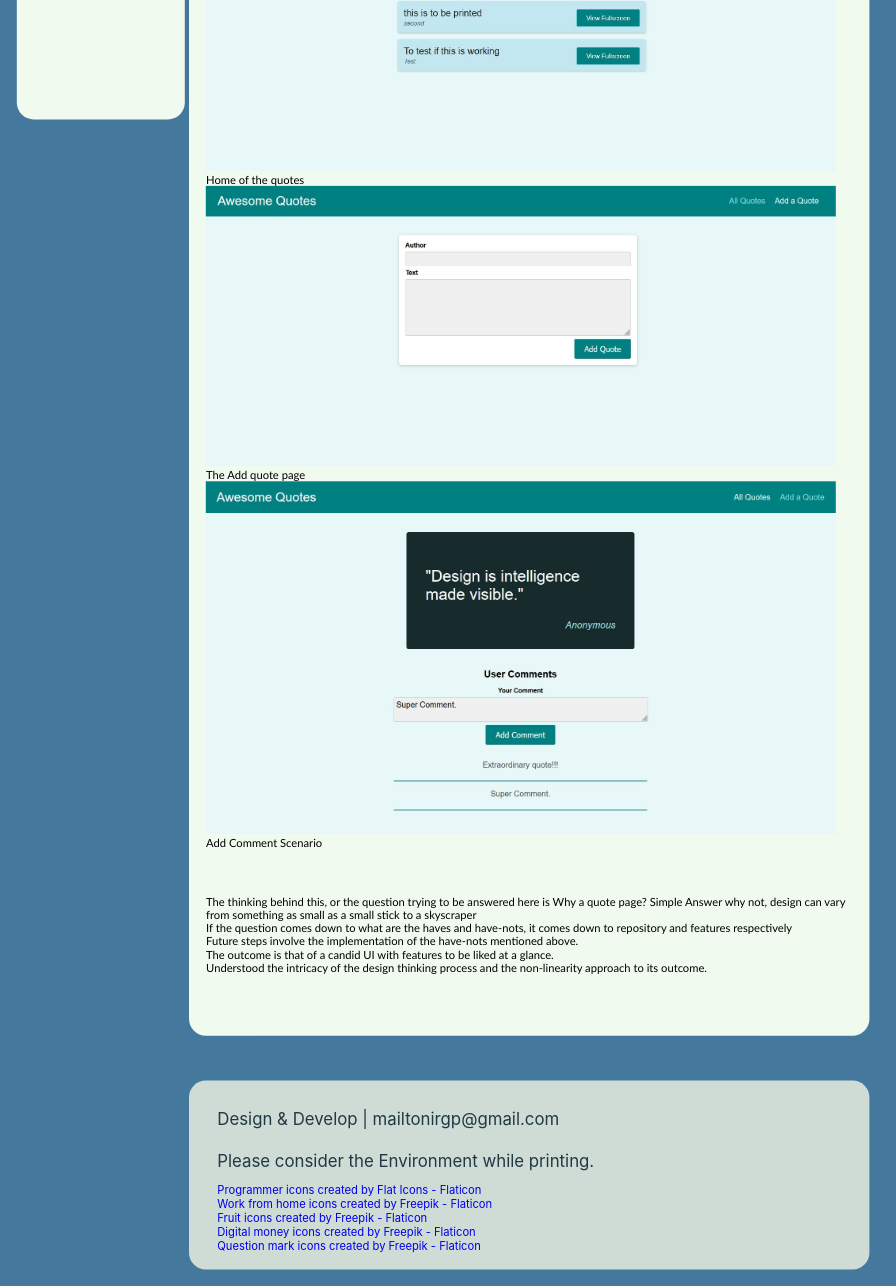
Repository: niranjangp/portfolioReact
Page: /cs-four
An editor plug-in stored every save of this project. The page is shown before and after the next save, followed by the edit.
The browser window is 1280 px wide. The pictures show the part of the page from y = 602 to 2522 px (the page is 2439 px tall before and 2651 px after), at 70% of full size.
The project was rebuilt for these pictures with package versions that can differ from the ones it lists, and the page was loaded fresh each time. Also part of the build but not shown: src/pages/enterDesign.jsx, src/pages/csOne.jsx, src/pages/csTwo.jsx, src/pages/csThree.jsx, src/pages/notFound.jsx.

Above is the page before, as saved 2022-02-02 01:35:49.

### public/index.html
<!DOCTYPE html>
<html lang="en">
  <head>
    <meta charset="utf-8" />
    <!--<link rel="icon" href="%PUBLIC_URL%/favicon.ico" />-->
    <meta name="viewport" content="width=device-width, initial-scale=1" />
    <meta name="theme-color" content="#000000" />
    <meta
      name="description"
      content="Web site created using create-react-app"
    />
    <!--<link rel="apple-touch-icon" href="%PUBLIC_URL%/logo192.png" />-->
    <!--
      manifest.json provides metadata used when your web app is installed on a
      user's mobile device or desktop. See https://developers.google.com/web/fundamentals/web-app-manifest/
    -->
    <link rel="manifest" href="%PUBLIC_URL%/manifest.json" />
    <!--
      Notice the use of %PUBLIC_URL% in the tags above.
      It will be replaced with the URL of the `public` folder during the build.
      Only files inside the `public` folder can be referenced from the HTML.

      Unlike "/favicon.ico" or "favicon.ico", "%PUBLIC_URL%/favicon.ico" will
      work correctly both with client-side routing and a non-root public URL.
      Learn how to configure a non-root public URL by running `npm run build`.
    -->
    <title>Portfolio</title>
  </head>
  <body>
    <noscript>You need to enable JavaScript to run this app.</noscript>
    <div id="root"></div>
    <!--
      This HTML file is a template.
      If you open it directly in the browser, you will see an empty page.

      You can add webfonts, meta tags, or analytics to this file.
      The build step will place the bundled scripts into the <body> tag.

      To begin the development, run `npm start` or `yarn start`.
      To create a production bundle, use `npm run build` or `yarn build`.
    -->
  </body>
</html>

### src/index.css
body {
  margin: 0;
  font-family: -apple-system, BlinkMacSystemFont, 'Segoe UI', 'Roboto', 'Oxygen',
    'Ubuntu', 'Cantarell', 'Fira Sans', 'Droid Sans', 'Helvetica Neue',
    sans-serif;
  -webkit-font-smoothing: antialiased;
  -moz-osx-font-smoothing: grayscale;
  box-sizing: border-box;
}

code {
  font-family: source-code-pro, Menlo, Monaco, Consolas, 'Courier New',
    monospace;
}

p {
  margin: 0;
}

### src/App.js
import './App.css';

import { Route, NavLink, Switch, Redirect } from 'react-router-dom';
import EnterTheDesign from './pages/enterDesign';
import CSOne from './pages/csOne';
import CSTwo from './pages/csTwo';
import CSThree from './pages/csThree';
import CSFour from './pages/csFour';
import NotFound from './pages/notFound';

function App() {
  const flatIconLink = "https://www.flaticon.com/free-icons/programmer";
  const wfhIconLink = "https://www.flaticon.com/free-icons/work-from-home";


  return (
    <div className='App'>
      <div className="containerOne">
        <nav className='navigation'>
          <div className='navDiv'>
            <NavLink activeClassName="nav-link active" className="nav-link" to="/enter-the-design">Take me Home!</NavLink>
          </div>
          <div className='navDiv'>
            <NavLink activeClassName="nav-link active" className="nav-link" to="/cs-one">Case Study Numero Uno</NavLink>
          </div>
          <div className='navDiv'>
            <NavLink activeClassName="nav-link active" className="nav-link" to="/cs-two">Case t'w'o Study</NavLink>
          </div>
          <div className='navDiv'>
            <NavLink activeClassName="nav-link active" className="nav-link" to="/cs-three">Case Study the 3rd</NavLink>
          </div>
          <div className='navDiv'>
            <NavLink activeClassName="nav-link active" className="nav-link" to="/cs-four">Case Study IV</NavLink>
          </div>
        </nav>
        <main className='mainOne'>
          <Switch>
            <Route exact path="/" ><Redirect to="/enter-the-design" /></Route>
            <Route path="/enter-the-design" ><EnterTheDesign /></Route>
            <Route exact path="/cs-one" ><CSOne /></Route>
            <Route exact path="/cs-two" ><CSTwo /></Route>
            <Route exact path="/cs-three"><CSThree /></Route>
            <Route exact path="/cs-four"><CSFour /></Route>

            <Route path="*"><NotFound /></Route>
          </Switch>
          {/*<div className='firstRow'>
            <div className="width-60">
              <p className='fr-info'>NIRANJAN G P, IS A UI DEVELOPER AT DELOITTE USI</p>
            </div>
            <div className="width-40 img-block">
              <img src={avatarIcon} alt="avatar-icon" className='avtr-img' />
            </div>
          </div>
          <div className='sec-row'>
            <p>Hi, this is Niranjan.</p>
            <p>I Joined Deloitte USI as a campus recruit. Since then I've been part of many innovative and high-intensity projects, coordinating between multiple virtual teams to help complete client deliverables.</p>
            <p>I've been part of the FRONT-END community since 2017 and constantly learning and developing UI and gradually having a go at UX design parallely.</p>
            <p>Currently based in Bengaluru, I have a big love for travel and adventure, also keeping in mind to do my bit to conserve the environment.</p>
            <p>Thanks for stopping by.</p>
          </div>*/}

        </main>
        <footer>
          <div className='footer-info'>
            {/*<p>Niranjan G P</p>*/}
            <p>Design & Develop    |   mailtonirgp@gmail.com</p>
            <p>Please consider the Environment while printing.</p>
          </div>
          <div className='credits'>
            <a href={flatIconLink} title="programmer icons">Programmer icons created by Flat Icons - Flaticon</a>
            <a href={wfhIconLink} title="work from home icons">Work from home icons created by Freepik - Flaticon</a>
            <a href="https://www.flaticon.com/free-icons/fruit" title="fruit icons">Fruit icons created by Freepik - Flaticon</a>
            <a href="https://www.flaticon.com/free-icons/digital-money" title="digital money icons">Digital money icons created by Freepik - Flaticon</a>
            <a href="https://www.flaticon.com/free-icons/question-mark" title="question mark icons">Question mark icons created by Freepik - Flaticon</a>
          </div>
        </footer>
      </div>

    </div>
  );
}

export default App;

### src/App.css
.containerOne {
  background-color: #45789d;
  padding: 24px;
  position: relative;
}

.mainOne {
  width: 75%;
  margin-left: 20%;
  background-color: #F1FAEE;
  height: 100%;
  border-radius: 1.5rem;
  padding: 24px;
}

.navigation {
  position: absolute;
  top: 24px;
  left: 24px;
  width: 15%;
  height: 660px;
  background-color: #F1FAEE;
  border-radius: 1.5rem;
  padding: 64px 24px 24px;
}

.navDiv {
  padding: 16px 0;
  text-align: center;
}

.nav-link {
  font-size: 24px;
  text-decoration: none;
  color: #1d3557;
}

.nav-link.active {
  color: #2a9d8f;
  font-weight: bold;
  border-bottom: 4px solid #2a9d8f;
}

.fr-info {
  font-size: 3rem;
  font-family: 'Gill Sans', 'Gill Sans MT', Calibri, 'Trebuchet MS', sans-serif;
  padding: 24px 24px 24px 48px;
  color: #1d3557;
}

.firstRow {
  display: flex;
  align-items: center;
  padding: 64px 0;
}

.width-60 {
  width: 60%;
}

.width-40 {
  width: 40%;
}

.fullWidth {
  width: 100%;
}

.img-block {
  text-align: center;
}

.sec-row {
  background-color: #1d3557;
  color: #f1faee;
  border-radius: 0.75rem;
  padding: 64px;
  font-family: 'Lucida Sans', 'Lucida Sans Regular', 'Lucida Grande', 'Lucida Sans Unicode', Geneva, Verdana, sans-serif;
  font-size: 28px;
  text-align: justify;
}

.sec-row p {
  padding: 16px;
}

.centered {
  margin: 3rem auto;
  text-align: center;
  display: flex;
  justify-content: center;
  align-items: center;
}

.linkSel {
  text-decoration: underline;
  font-weight: bold;
}

.third-row {
  display: flex;
  flex-wrap: wrap;
  padding: 96px 24px 0;
}

.card-box {
  width: 50%;
  text-align: center;
  height: 600px;
}

.card {
  width: 400px;
  height: 450px;
  background-color: #ffddd2;
  border-radius: 20px;
  box-shadow: 4px 4px 4px 4px rgba(0, 0, 0, 0.2);
  margin: 3rem auto;
  flex-grow: 1;
  flex-shrink: 1;
  transition: width 500ms ease 0s;
}

.card:hover {
  box-shadow: 4px 4px 4px 8px rgba(0, 0, 0, 0.2);
  width: 420px;
  height: 470px;
  cursor: pointer;
}

.card a {
  text-decoration: none;
}

.card p {
  font-size: 32px;
  padding: 24px;
  color: #1d3557;
  font-family: Verdana, Geneva, Tahoma, sans-serif;
}

.card-icon {
  width: 256px;
  margin-top: 40px;
}

.intro-cs {
  text-align: center;
  font-size: 40px;
  color: #1d3557;
  font-family: 'Trebuchet MS', 'Lucida Sans Unicode', 'Lucida Grande', 'Lucida Sans', Arial, sans-serif;
}

footer {
  width: 75%;
  margin-left: 20%;
  background-color: #cfdbd5;
  height: 100%;
  border-radius: 1.5rem;
  padding: 24px;
  margin-top: 64px;
  color: #223843;
}

.footer-info {
  font-size: 1.5rem;
}

.footer-info p {
  padding: 1rem;
}

.credits {
  padding-left: 16px;
}

.credits a {
  text-decoration: none;
  display: block;
}

.csOne {
  min-height: 660px;
  height: 100%;
  color: #1d3557;
}

.backLink {
  font-size: 28px;
  font-weight: bold;
  padding: 16px 16px 16px 24px;
}

.backLink a {
  text-decoration: none;
  color: #1d3557;

}

.csOneHeader, .csTwoHeader, .cs3Header, .cs4Header {
  font-size: 40px;
  padding: 16px 16px 32px 24px;
}

.csOneBody {
  padding: 0 24px;
}

.csOneH {
  font-size: 32px;
  padding-bottom: 8px;
  border-bottom: 2px solid #1d3557;
  margin-bottom: 16px;
  display: inline-block;
}

.csOneC {
  font-size: 28px;
}

.pd-bt {
  padding-bottom: 48px;
}

.pd-bt-small {
  padding-bottom: 24px;
}

.clrp {
  width: 100px;
  height: 40px;
  border-top-right-radius: 20px;
  border-bottom-right-radius: 20px;
  margin-right: 24px;
}

.fir {
  background-color: #0070D2;
}

.sec {
  background-color: #16325C;
}

.thi {
  background-color: #526173;
}

.fou {
  font-family: sans-serif;
  padding-right: 24px;
}

.dp-flx {
  display: flex;
  margin: 16px 40px;
  align-items: center;
}

.flx-bx {
  display: flex;
  align-items: center;
  justify-content: space-evenly;
  margin-bottom: 48px;
}

.flx-bx div {
  font-size: 32px;
}

.mrDesk {
  width: 800px;
}

.last-text {
  font-size: 28px;
  color: #f07167;
  margin: 0 64px 24px;
  text-align: center;
}

.csTwo {
  font-family: 'Franklin Gothic Medium', 'Arial Narrow', Arial, sans-serif;
}

.csTwoHeader {
  color: #e76f51;
}

.csTwoPara {
  color: #0081a7;
  font-size: 28px;
  padding-bottom: 8px;
}

.padd-div {
  padding: 16px 24px 56px;
}

.csTwoRowTwo {
  color: #c81d25;
  font-size: 32px;
  padding-bottom: 16px;
  border-bottom: 2px solid #c81d25;
  margin-bottom: 48px;
}

.textCen {
  text-align: center;
}

.screenName {
  font-size: 24px;
  width: 80%;
  margin: 0 auto;
  margin-bottom: 0px;
  background-color: #284b63;
  color: #fff;
  border-top-left-radius: 12px;
  border-top-right-radius: 12px;
  padding: 8px 0;
}

.scrIcon {
  width: 80%;
  margin: 8px 0 64px;
}

.cs3 {
  font-family: 'Lucida Sans', 'Lucida Sans Regular', 'Lucida Grande', 'Lucida Sans Unicode', Geneva, Verdana, sans-serif;
}

.cs3Header {
  color: #006d77;
  border-bottom: 2px solid #006d77;
  display: inline-block;

}


.right-content {
  text-align: right;
  margin: 64px 0;
}

.exp-para {
  font-size: 40px;
  display: inline-block;
  background-color: #52b69a;
  padding: 8px 16px;
  border-radius: 20px;
  color: #fff;
  font-weight: bold;
  margin-bottom: 24px;
}

.exp-header {
  display: inline-block;
  font-size: 40px;
  color: #14746f;
  padding-bottom: 8px;
  border-bottom: 2px dotted #14746f;
  margin-bottom: 8px;
}

.flexExp {
  display: flex;
  align-items: center;
  justify-content: space-around;
}

.iconText {
  padding: 24px;
  font-size: 32px;
  color: #00afb9;
}

.expIcon {
  margin: 64px 0;
  width: 900px;
}

.last .exp-para {
  font-size: 28px;
}

.cs4 {
  font-family: 'Trebuchet MS', 'Lucida Sans Unicode', 'Lucida Grande', 'Lucida Sans', Arial, sans-serif;
}

.cs4Header {
  text-align: center;
  color: #ff5400;
  font-weight: bold;
}

.quoIcon {
  width: 900px;
}

.quo-pack {
  text-align: center;
}

.cs4-para {
  text-align: center;
  font-size: 28px;
  color: #bd1f36;
  padding-bottom: 12px;
}

.mrg-blk {
  margin: 64px 0;
}

.qIconTxt {
  color: #003e1f;
  font-size: 24px;
  padding: 8px 0;
  border-bottom: 2px solid #003e1f;
  margin-bottom: 64px;
}


/*.containerOne {
  background-color: #F1FAEE;
}
.mainOne {
  background-color: #a8dadc;
  width: 75%;
  margin-left: 20%;
  /-*background-color: #45789d;*-/
  height: 660px;
}

.p1 {
  color: #1d3557;
}
.p2 {
  color: #f1faee;
}*/

/*.App-logo {
  height: 40vmin;
  pointer-events: none;
}

@media (prefers-reduced-motion: no-preference) {
  .App-logo {
    animation: App-logo-spin infinite 20s linear;
  }
}

.App-header {
  background-color: #282c34;
  min-height: 100vh;
  display: flex;
  flex-direction: column;
  align-items: center;
  justify-content: center;
  font-size: calc(10px + 2vmin);
  color: white;
}

.App-link {
  color: #61dafb;
}

@keyframes App-logo-spin {
  from {
    transform: rotate(0deg);
  }

  to {
    transform: rotate(360deg);
  }
}*/

### src/pages/csFour.jsx
import React from 'react';
import { Link } from 'react-router-dom';
import QuoHome from '../assets/quoteHome.JPG';
import AddQuo from '../assets/addQuote.JPG';
import CommonScen from '../assets/commScen.JPG';


const csFour = () => {
    return (
        <div className="cs4">
            <div className="backLink"><Link to="/enter-the-design">{'< Back'}</Link></div>
            <div className='cs4Header'>Quotes Repository</div>
            <div className="quo-body">
                <div className="mrg-blk">
                    <p className="cs4-para">Store all your Famous Quotes and share with your Community.</p>
                    <p className="cs4-para">Add comments to all your quotes.</p>
                </div>
                <div className="mrg-blk">
                    <div clasName="quo-pack"><img src={QuoHome} alt="quote-home" className="quoIcon" /><div className="">Home of the quotes</div></div>
                    <div clasName="quo-pack"><img src={AddQuo} alt="quote-home" className="quoIcon" /><div>The Add quote page</div></div>
                    <div clasName="quo-pack"><img src={CommonScen} alt="quote-home" className="quoIcon" /><div>Add Comment Scenario</div></div>
                </div>
                <div className="mrg-blk">
                    <p>The thinking behind this, or the question trying to be answered here is Why a quote page? Simple Answer why not, design can vary from something as small as a small stick to a skyscraper</p>
                    <p>If the question comes down to what are the haves and have-nots, it comes down to repository and features respectively</p>
                    <p>Future steps involve the implementation of the have-nots mentioned above.</p>
                    <p>The outcome is that of a candid UI with features to be liked at a glance.</p>
                    <p>Understood the intricacy of the design thinking process and the non-linearity approach to its outcome.</p>
                </div>
            </div>
        </div>
    )
};

export default csFour;

Loaded but not shown: src/index.js (common file); src/reportWebVitals.js (common file)

After the next save:
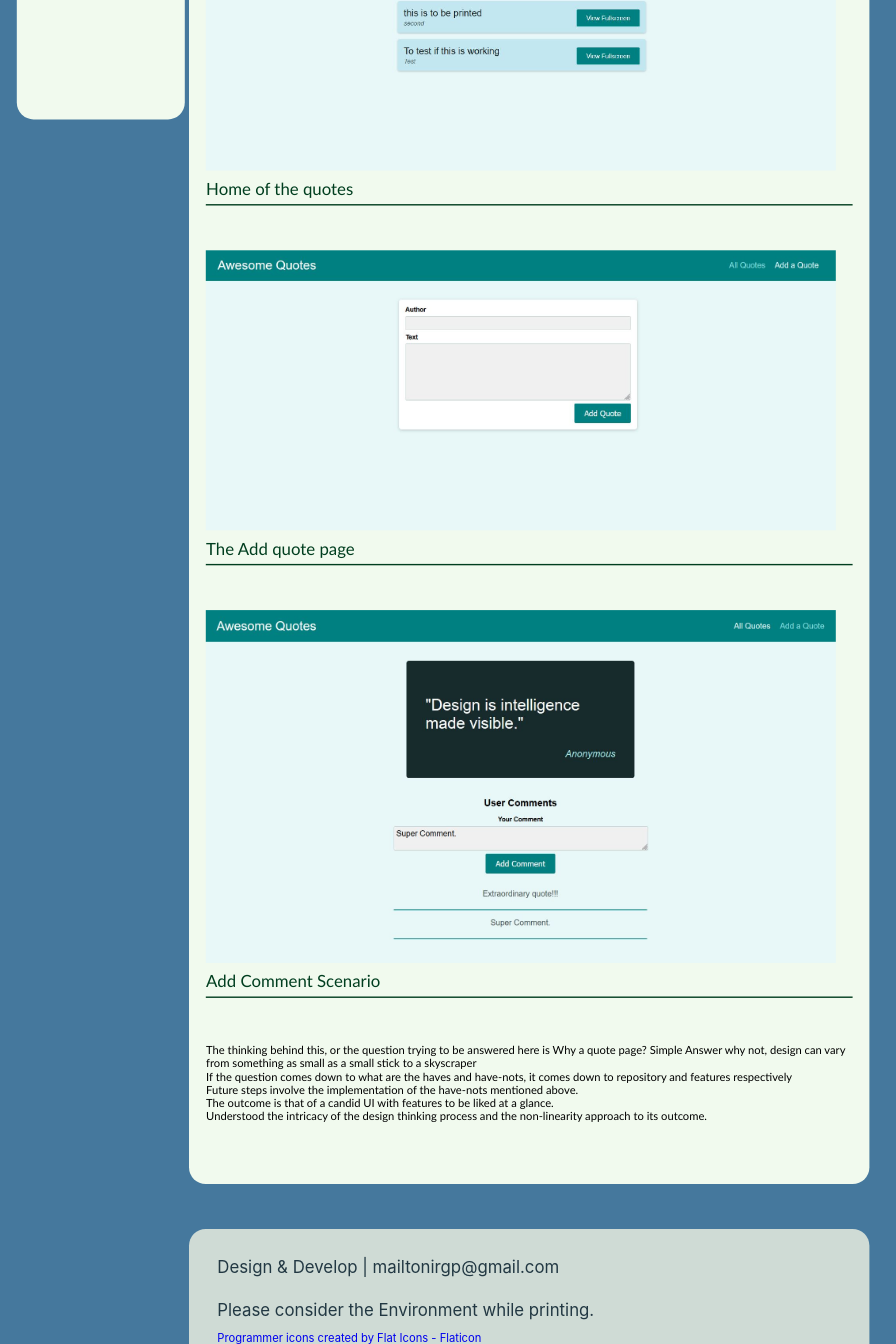
Saved 25 s later.
--- a/src/pages/csFour.jsx
+++ b/src/pages/csFour.jsx
@@ -16,9 +16,9 @@ const csFour = () => {
                     <p className="cs4-para">Add comments to all your quotes.</p>
                 </div>
                 <div className="mrg-blk">
-                    <div clasName="quo-pack"><img src={QuoHome} alt="quote-home" className="quoIcon" /><div className="">Home of the quotes</div></div>
-                    <div clasName="quo-pack"><img src={AddQuo} alt="quote-home" className="quoIcon" /><div>The Add quote page</div></div>
-                    <div clasName="quo-pack"><img src={CommonScen} alt="quote-home" className="quoIcon" /><div>Add Comment Scenario</div></div>
+                    <div clasName="quo-pack"><img src={QuoHome} alt="quote-home" className="quoIcon" /><div className="qIconTxt">Home of the quotes</div></div>
+                    <div clasName="quo-pack"><img src={AddQuo} alt="quote-home" className="quoIcon" /><div className="qIconTxt">The Add quote page</div></div>
+                    <div clasName="quo-pack"><img src={CommonScen} alt="quote-home" className="quoIcon"/><div className="qIconTxt">Add Comment Scenario</div></div>
                 </div>
                 <div className="mrg-blk">
                     <p>The thinking behind this, or the question trying to be answered here is Why a quote page? Simple Answer why not, design can vary from something as small as a small stick to a skyscraper</p>
